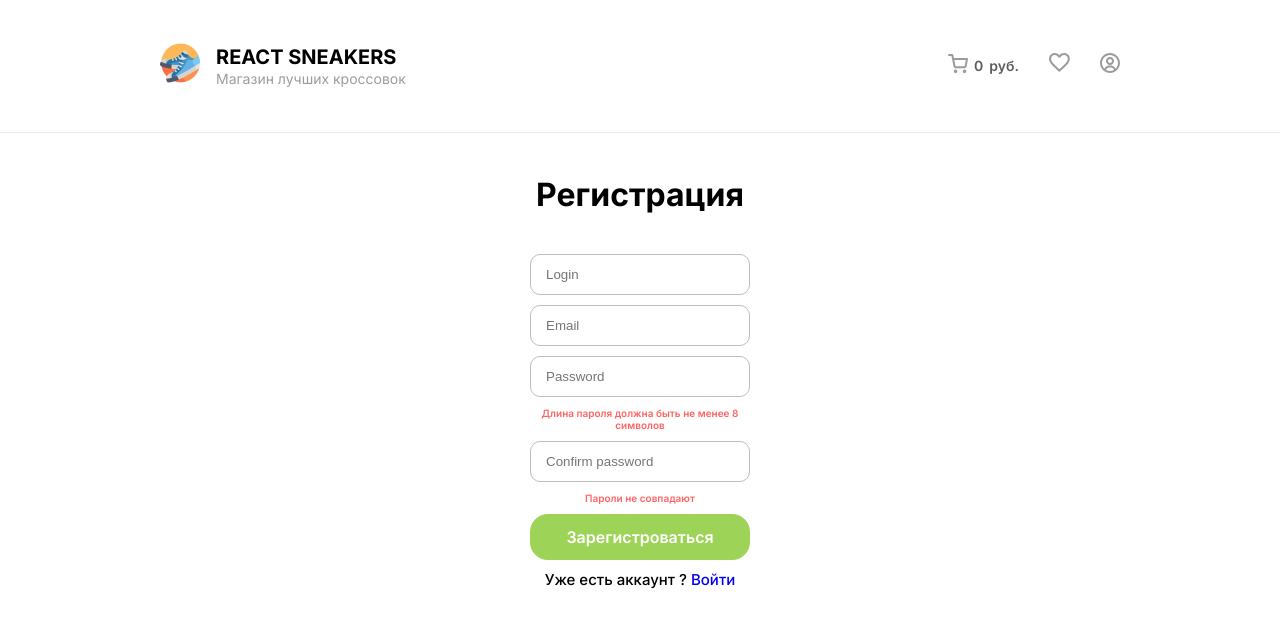
Repository: maxbirimkulov/sneakers20
Page: src/pages/register.html
The author's editor kept a copy of each file at every save. The page is drawn from the files as they stood at one save, then again after the next save.
The browser window is 1280 px wide. The pictures show the whole page.
The style sheet was rebuilt from its Sass, Less or Tailwind sources for each picture, by a compiler version that may differ from the author's.

Above is the page before, as saved 2022-11-12 21:05:32.

### src/pages/register.html
<!DOCTYPE html>
<html lang="en">
  <head>
    <meta charset="UTF-8" />
    <meta
      name="viewport"
      content="width=device-width, user-scalable=no, initial-scale=1.0, maximum-scale=1.0, minimum-scale=1.0"
    />
    <meta http-equiv="X-UA-Compatible" content="ie=edge" />
    <title>Document</title>
    <link rel="stylesheet" href="../css/style.css" />
  </head>
  <body>
    <div class="floor">
      <header class="header">
        <div class="container">
          <nav class="header__nav">
            <div class="header__logo">
              <img
                src="../images/mainLogo.png"
                alt="Logo"
                class="header__logo-img"
              />
              <div class="header__logo-text">
                <h1 class="header__logo-title">
                  <a href="../../index.html" class="header__logo-title-link"
                    >react sneakers</a
                  >
                </h1>
                <p class="header__logo-subtitle">
                  <a href="../../index.html" class="header__logo-subtitle"
                    >Магазин лучших кроссовок</a
                  >
                </p>
              </div>
            </div>
            <div class="header__links">
              <p class="header__links-basket">
                <span class="header__links-basket-logo"
                  ><svg
                    width="20"
                    height="20"
                    viewBox="0 0 20 20"
                    fill="none"
                    xmlns="http://www.w3.org/2000/svg"
                  >
                    <path
                      d="M7.54548 18.1818C7.99735 18.1818 8.36366 17.8155 8.36366 17.3636C8.36366 16.9118 7.99735 16.5455 7.54548 16.5455C7.09361 16.5455 6.72729 16.9118 6.72729 17.3636C6.72729 17.8155 7.09361 18.1818 7.54548 18.1818Z"
                      stroke="#9B9B9B"
                      stroke-width="2"
                      stroke-linecap="round"
                      stroke-linejoin="round"
                    />
                    <path
                      d="M16.5455 18.1818C16.9973 18.1818 17.3637 17.8155 17.3637 17.3636C17.3637 16.9118 16.9973 16.5455 16.5455 16.5455C16.0936 16.5455 15.7273 16.9118 15.7273 17.3636C15.7273 17.8155 16.0936 18.1818 16.5455 18.1818Z"
                      stroke="#9B9B9B"
                      stroke-width="2"
                      stroke-linecap="round"
                      stroke-linejoin="round"
                    />
                    <path
                      d="M1 1H4.27273L6.46545 11.9555C6.54027 12.3321 6.7452 12.6705 7.04436 12.9113C7.34351 13.1522 7.71784 13.2801 8.10182 13.2727H16.0545C16.4385 13.2801 16.8129 13.1522 17.112 12.9113C17.4112 12.6705 17.6161 12.3321 17.6909 11.9555L19 5.09091H5.09091"
                      stroke="#9B9B9B"
                      stroke-width="2"
                      stroke-linecap="round"
                      stroke-linejoin="round"
                    />
                  </svg>
                </span>
                <span class="total">0</span> руб.
              </p>
              <a href="./favorites.html" class="header__links-favorites"
                ><span class="header__links-favorites-logo"
                  ><svg
                    width="21"
                    height="19"
                    viewBox="0 0 21 19"
                    fill="none"
                    xmlns="http://www.w3.org/2000/svg"
                  >
                    <path
                      d="M15.1003 0C16.7293 0 18.0976 0.54932 19.2052 1.64796C20.3129 2.7466 20.8668 4.08759 20.8668 5.67092C20.8668 6.44643 20.7039 7.23002 20.3781 8.02169C20.0523 8.81335 19.6939 9.51616 19.303 10.1301C18.912 10.744 18.2523 11.5357 17.3238 12.5051C16.3953 13.4745 15.6134 14.2581 14.9781 14.8559C14.3428 15.4537 13.3248 16.3665 11.9239 17.5944L10.4089 18.9515L8.89403 17.6429C7.52572 16.3827 6.51577 15.4537 5.8642 14.8559C5.21262 14.2581 4.42258 13.4745 3.49408 12.5051C2.56559 11.5357 1.90586 10.744 1.51492 10.1301C1.12397 9.51616 0.773748 8.81335 0.464249 8.02169C0.15475 7.23002 0 6.44643 0 5.67092C0 4.08759 0.553841 2.7466 1.66152 1.64796C2.7692 0.54932 4.12123 0 5.71759 0C7.60717 0 9.17095 0.727041 10.4089 2.18112C11.6469 0.727041 13.2107 0 15.1003 0ZM10.5067 16.0918C12.1031 14.6701 13.2677 13.6118 14.0008 12.9171C14.7338 12.2224 15.5401 11.3903 16.4198 10.4209C17.2994 9.45153 17.9102 8.60332 18.2523 7.87628C18.5944 7.14924 18.7654 6.41412 18.7654 5.67092C18.7654 4.63691 18.4152 3.78061 17.7148 3.10204C17.0143 2.42347 16.1428 2.08418 15.1003 2.08418C14.3184 2.08418 13.5772 2.31037 12.8768 2.76276C12.1764 3.21514 11.6795 3.79677 11.3863 4.50765H9.43158C9.17095 3.79677 8.69041 3.21514 7.98997 2.76276C7.28952 2.31037 6.53206 2.08418 5.71759 2.08418C4.67507 2.08418 3.81173 2.42347 3.12757 3.10204C2.44342 3.78061 2.10134 4.63691 2.10134 5.67092C2.10134 6.41412 2.26423 7.14924 2.59002 7.87628C2.91581 8.60332 3.52666 9.45153 4.42258 10.4209C5.3185 11.3903 6.13297 12.2224 6.866 12.9171C7.59902 13.6118 8.74743 14.6701 10.3112 16.0918L10.4089 16.1888L10.5067 16.0918Z"
                      fill="#9B9B9B"
                    />
                  </svg> </span
              ></a>
              <a href="./register.html" class="header__links-user"
                ><span class="header__links-user-logo"
                  ><svg
                    width="20"
                    height="20"
                    viewBox="0 0 20 20"
                    fill="none"
                    xmlns="http://www.w3.org/2000/svg"
                  >
                    <path
                      fill-rule="evenodd"
                      clip-rule="evenodd"
                      d="M0 10C0 4.579 4.579 0 10 0C15.421 0 20 4.579 20 10C20 13.19 18.408 16.078 16 17.924V18H15.898C14.23 19.245 12.187 20 10 20C7.813 20 5.77 19.245 4.102 18H4V17.924C1.592 16.078 0 13.189 0 10ZM7.12347 15.236C6.59154 15.6639 6.22136 16.2604 6.074 16.927C7.242 17.604 8.584 18 10 18C11.416 18 12.758 17.604 13.926 16.927C13.7785 16.2605 13.4082 15.6641 12.8764 15.2362C12.3445 14.8083 11.6827 14.5744 11 14.573H9C8.3173 14.5742 7.6554 14.808 7.12347 15.236ZM13.7677 13.4117C14.5877 13.9574 15.2286 14.7329 15.61 15.641C17.077 14.182 18 12.176 18 10C18 5.663 14.337 2 10 2C5.663 2 2 5.663 2 10C2 12.176 2.923 14.182 4.39 15.641C4.77144 14.7329 5.41227 13.9574 6.23227 13.4117C7.05227 12.866 8.01501 12.5742 9 12.573H11C11.985 12.5742 12.9477 12.866 13.7677 13.4117ZM6 8C6 5.72 7.72 4 10 4C12.28 4 14 5.72 14 8C14 10.28 12.28 12 10 12C7.72 12 6 10.28 6 8ZM8 8C8 9.178 8.822 10 10 10C11.178 10 12 9.178 12 8C12 6.822 11.178 6 10 6C8.822 6 8 6.822 8 8Z"
                      fill="#9B9B9B"
                    />
                  </svg> </span
              ></a>
            </div>
          </nav>
        </div>
      </header>
      <div class="container">
        <div class="register">
          <h2 class="register__title">Регистрация</h2>
          <form class="register__form">
            <input class="register__input" type="text" placeholder="Login" />
            <input class="register__input" type="email" placeholder="Email" />
            <input
              class="register__input"
              type="password"
              placeholder="Password"
            />
            <span class="register__error password"
              >Длина пароля должна быть не менее 8 символов</span
            >
            <input
              class="register__input"
              type="password"
              placeholder="Confirm password"
            />
            <span class="register__error confirmPassword"
              >Пароли не совпадают</span
            >
            <button type="submit" class="register__btn">
              Зарегистроваться
            </button>
            <span class="register__sign"
              >Уже есть аккаунт ? <a href="./login.html">Войти</a></span
            >
          </form>
        </div>
      </div>
    </div>
    <script type="module" src="../js/register.js"></script>
  </body>
</html>

### src/js/register.js
import { changeUser, getUserFromLocalStorage } from './user.js';

getUserFromLocalStorage();

let formRegister = document.querySelector('.register');
formRegister.addEventListener('submit', (e) => {
  e.preventDefault();

  let userData = {
    login: e.target[0].value,
    email: e.target[1].value,
    password: e.target[2].value,
  };

  if (e.target[2].value === e.target[3].value) {
    fetch('http://localhost:8080/register', {
      method: 'POST',
      headers: {
        'Content-Type': 'application/json',
      },
      body: JSON.stringify(userData),
    })
      .then((res) => res.json())
      .then((res) => {
        changeUser({
          ...res.user,
          token: res.accessToken,
        });
      })
      .catch((err) => console.log(err));
  } else {
    alert('Пароли не совпадают');
  }
});

### src/js/user.js



export let user = {
    login : "",
    email : ""
}

export const getUserFromLocalStorage = () => {
    if (localStorage.getItem('user') !== null){
        user = JSON.parse(localStorage.getItem('user'))
    }
}


export const changeUser = (data) => {
    user = {...data}
    localStorage.setItem('user', JSON.stringify(user))
    location.href = 'http://localhost:63342/new%20project/index.html'
}

### src/css/style.scss
@import url('https://fonts.googleapis.com/css2?family=DM+Sans:wght@700&family=Inter:wght@400;500;600;700&display=swap');

* {
  margin: 0;
  padding: 0;
  box-sizing: border-box;
  text-decoration: none;
  list-style-type: none;
  transition: 0.3s;
}
.container {
  max-width: 1050px;
  padding: 0 45px;
  margin: 0 auto;
}
$int: 'inter', sans-serif;

@mixin text($ff, $fs, $fw, $fz, $lh, $col) {
  font-family: $ff;
  font-style: $fs;
  font-weight: $fw;
  font-size: $fz;
  @if $lh > 0 {
    line-height: $lh;
  }
  color: $col;
}
body,
.floor {
  background-color: #fff;
}
@import '_header.scss';
@import '_main.scss';
@import '_assort.scss';
@import '_basketPopup.scss';
@import '_card.scss';
@import '_basket.scss';
@import '_favorites.scss';
@import '_basketNone.scss';
@import '_register';

### src/css/_header.scss
.header {
  padding: 43px 0 45px;
  &__nav {
    display: flex;
    justify-content: space-between;
    align-items: center;
  }
  &__logo {
    display: flex;
    &-img {
      width: 40px;
      height: 40px;
    }
    &-text {
      margin-left: 16px;
    }
    &-title {
      &-link {
        @include text($int, normal, 700px, 20px, 0, #000000);
        text-transform: uppercase;
      }
    }
    &-subtitle {
      @include text($int, normal, 400, 14px, 0, #9d9d9d);
    }
  }
  &__links {
    display: flex;
    &-basket {
      display: flex;
      gap: 6px;
      align-items: center;
      @include text($int, normal, 600, 14px, 0, #5c5c5c);
      margin-left: 10px;
      cursor: pointer;
    }
    &-favorites {
      margin: 0 30px;
    }
  }
  border-bottom: 1px solid #eaeaea;
}

### src/css/_main.scss
.swiper {
  width: 100%;
  height: 100%;
}

.swiper-slide {
  display: -webkit-box;
  display: -ms-flexbox;
  display: -webkit-flex;
  display: flex;
  -webkit-box-pack: center;
  -ms-flex-pack: center;
  -webkit-justify-content: center;
  justify-content: center;
  -webkit-box-align: center;
  -ms-flex-align: center;
  -webkit-align-items: center;
  align-items: center;
}

.swiper__icon{
  &-next{
    background-color: white;
    border-radius: 50%;
    cursor: pointer;
    position: absolute;
    right: 0;
    top: 50%;
    transform: translateY(-50%),;
    z-index: 2;
    padding: 8px 14px;
    display: flex;
    justify-content: center;
    align-items: center;
    transition: 0.2s;
    -webkit-box-shadow: 0px 0px 11px 5px rgba(0, 0, 0, 0.01);
    -moz-box-shadow: 0px 0px 11px 5px rgba(0, 0, 0, 0.01);
    box-shadow: 0px 0px 11px 5px rgba(0, 0, 0, 0.01);
    &:hover{
      transition: 0.2s;
      -webkit-box-shadow: 0px 0px 11px 5px rgba(0, 0, 0, 0.07);
      -moz-box-shadow: 0px 0px 11px 5px rgba(0, 0, 0, 0.07);
      box-shadow: 0px 0px 11px 5px rgba(0, 0, 0, 0.07);
    }
  }
  &-prev{
    background-color: white;
    border-radius: 50%;
    position: absolute;
    left: 0;
    top: 50%;
    cursor: pointer;
    transform:translateY(-50%) rotate(180deg);
    z-index: 2;
    padding: 8px 14px;
    display: flex;
    justify-content: center;
    align-items: center;
    transition: 0.2s;
    -webkit-box-shadow: 0px 0px 11px 5px rgba(0, 0, 0, 0.01);
    -moz-box-shadow: 0px 0px 11px 5px rgba(0, 0, 0, 0.01);
    box-shadow: 0px 0px 11px 5px rgba(0, 0, 0, 0.01);
    &:hover{
      transition: 0.2s;
      -webkit-box-shadow: 0px 0px 11px 5px rgba(0, 0, 0, 0.07);
      -moz-box-shadow: 0px 0px 11px 5px rgba(0, 0, 0, 0.07);
      box-shadow: 0px 0px 11px 5px rgba(0, 0, 0, 0.07);
    }
  }
}

.main{
  &__swipe{
    &-block{
      background-color: #F4EFE9;
      border-radius: 20px;
      max-height: 300px;
      display: flex;
      align-items: center;
      justify-content: space-between;
      width: 100%;
    }
    &-box{
      position: relative;
      padding: 16px 0 20px 51px;
      min-height: 300px;
      &-scn{
        margin: 0;
        padding: 0;
        max-width: 641.18px;
      }
      &-desc{
        @include text($int,normal,700,38px,46px,#8BB43C);
        margin: 32px 17.45px 10.45px 35px;
        &-black{
          color: black;
        }
      }
      &-btn{
        position: absolute;
        padding: 14px 60px;
        border-radius: 110px;
        @include text($int,normal,700px,16px, 0, white);
        text-transform: uppercase;
        background-color: #A5D364;
        bottom: 45px;
        left: 27%;
        transform: translate(-50%, -50);
        transition: 0.2s;
        &:hover{
          transition: 0.2s;
          transform: scale(1.1);
        }
      }
      &-img{
        width: 100%;
      }
    }
  }
}

### src/css/_assort.scss
.main__assort {
  &-topContent {
    display: flex;
    flex-wrap: wrap;
    justify-content: space-between;
    padding: 37px 0 36px;
    width: 100%;
  }
  &-filter {
    display: flex;
    justify-content: space-between;
    align-items: center;
    gap: 10px;
  }
  &-select {
    background: transparent;
    border: 1px solid #bdbdbd;
    border-radius: 8px;
    padding: 0 10px;
    height: 40px;
  }
  &-form {
    margin: 15px 0 0;
    display: flex;
    align-items: center;
    position: relative;
    &-input {
      border-radius: 10px;
      border: 1px solid #bdbdbd;
      outline: none;
      padding: 13px 40px 15px 46px;
      max-width: 250px;
      &::-webkit-input-placeholder {
        color: #c4c4c4;
      }
      &::-moz-placeholder {
        color: #c4c4c4;
      }
      &:-ms-input-placeholder {
        color: #c4c4c4;
      }
      &::-ms-input-placeholder {
        color: #c4c4c4;
      }
      &::placeholder {
        color: #c4c4c4;
      }
      &::-webkit-search-cancel-button {
        position: absolute;
        right: 18px;
        cursor: pointer;
        color: #5c5c5c;
      }
    }
    &-icon {
      position: absolute;
      left: 18px;
      top: 50%;
      transform: translateY(-50%);
    }
  }
  &-title {
    @include text($int, normal, 700, 32px, 0, black);
  }
  &-mainContent {
    min-height: 700px;
    position: relative;
    display: flex;
    justify-content: center;
    align-items: center;
    flex-wrap: wrap;
    gap: 40px;
    &-shoes {
      border: 1px solid #bdbdbd;
      border-radius: 40px;
      padding: 20px 29px 34px 30px;
      max-width: 210px;
    }
    &-favorites {
      display: inline-block;
      position: absolute;
      border: 1px solid #f8f8f8;
      border-radius: 7px;
      padding: 9.6px 9.07px 3.59px;
      cursor: pointer;
      &:hover {
        transform: scale(1.13);
        background-color: rgba(253, 239, 239, 0.87);
        transition: 0.2s;
      }
      &-active {
        display: none;
        position: absolute;
        background-color: #fef0f0;
        border: 1px solid transparent;
        border-radius: 7px;
        padding: 9.6px 9.07px 3.59px;
        cursor: pointer;
      }
    }
    &-product {
      &-desc {
        @include text($int, normal, 400, 14px, 17px, black);
      }
      &-pricesDesc {
        margin-top: 14px;
        display: flex;
        justify-content: space-between;
        align-items: center;
        &-price {
          @include text($int, normal, 500, 11px, 13px, #bdbdbd);
          text-transform: uppercase;
        }
        &-cost {
          @include text($int, normal, 700, 14px, 17px, black);
        }
        &-addBask {
          cursor: pointer;
          display: inline-block;
          padding: 5.33px 8.33px;
          border: 1px solid #f2f2f2;
          border-radius: 8px;
          transition: 0.2s;
          &:hover {
            transform: scale(1.13);
            background-color: rgba(253, 239, 239, 0.87);
            transition: 0.2s;
          }
          &-active {
            cursor: pointer;
            max-height: 32px;
            max-width: 32px;
            padding: 5.33px 8.33px;
            border: 1px solid white;
            border-radius: 8px;
            background: linear-gradient(180deg, #89f09c 0%, #3cc755 100%);
            transition: 0.2s;
            &:hover {
              transform: scale(1.13);
              transition: 0.2s;
            }
          }
        }
      }
    }
  }
}

### src/css/_basketPopup.scss
.basket {
  transform: translateX(100%);
  background: rgba(0, 00, 000, 0.4);
  height: 100vh;
  width: 100vw;
  z-index: 100;
  position: fixed;
  left: 0;
  top: 0;
  bottom: 0;
  &__cards {
    margin-top: 20px;
    max-height: 400px;
    overflow-y:  scroll;
    display: flex;
    gap: 20px;
    flex-wrap: wrap;
  }

  &__card {
    position: relative;  width: 100%;  height: 120px;  padding: 0 30px;    background: #FFFFFF;  border: 1px solid #F3F3F3;  border-radius: 20px;  &:hover {
    box-shadow: 0px 14px 30px 0px rgba(0, 0, 0, 0.05);  }
    &-img {
      position: absolute;    left: 20px;    top: 50%;    transform: translateY(-50%);    max-width: 80px;  }
    &__name {
      position: absolute;    width: 133px;    height: 36px;    overflow: hidden;    left: 120px;    top: 30px;    font-family: 'Inter', sans-serif;    font-style: normal;    font-weight: 400;    font-size: 14px;    line-height: 17px;    color: #000000;  }
    &__sum {
      position: absolute;    left: 120px;    bottom: 30px;    font-family: 'Inter', sans-serif;    font-style: normal;    font-weight: 700;    font-size: 14px;color: #000000;  }
    &__X {
      position: absolute;    right: 20px;    top: 50%;    transform: translateY(-50%);    max-width: 70px;    cursor: pointer;  }
  }
  &.show {
    transform: translateX(0%);
  }
  &__content {
    display: flex;
    flex-direction: column;
    justify-content: space-between;
    background: #fff;
    position: fixed;
    padding: 30px;
    height: 100vh;
    width: 385px;
    top: 0;
    right: 0;
  }
  &__title {
    @include text($int, normal, 700, 24px, 29px, #000000);
  }
  &__text {
    display: flex;
    justify-content: space-between;
    margin-bottom: 19px;
    &:last-of-type {
      margin-bottom: 24px;
    }
    &-desc {
      @include text($int, normal, 400, 16px, 19px, #000000);
    }
    &-sum {
      @include text($int, normal, 600, 16px, 19px, #000000);
    }
  }
  &__btn {
    @include text($int, normal, 600, 16px, 19px, #fff);
    padding: 12px 0;
    background: #9dd558;
    border-radius: 18px;
    border: 1px solid #9dd558;
    width: 100%;
  }
}

.name {
  font-size: 30px;
  color: red;
  text-align: center;
}

### src/css/_card.scss
.info {
  background: antiquewhite;
  padding: 40px 0;
  &__block {
    display: flex;
    flex-wrap: wrap;
    -moz-column-gap: 40px;
         column-gap: 40px;
    row-gap: 40px;
  }
  &__card {
    width: calc(25% - 30px);
    background: #ffffff;
    border: 1px solid #f3f3f3;
    border-radius: 40px;
    padding: 20px 40px;
    cursor: pointer;
    transition: 0.2s;
    &:hover {
      background: #ffffff;
      border: 1px solid #f8f8f8;
      box-shadow: 0 14px 30px rgba(0, 0, 0, 0.05);
      border-radius: 40px;
      transition: 0.2s;
      transform: scale(1.05);
    }
  }
  &__desc {
    @include text($int, normal, 400, 14px, 17px, #000);
    margin: 14px 0;
  }
  &__bottom {
    display: flex;
    justify-content: space-between;
  }
  &__sel {
    @include text($int, normal, 500, 11px, 13px, #bdbdbd);
    text-transform: uppercase;
  }
  &__sum {
    @include text($int, normal, 700, 14px, 17px, #000);
  }
}

### src/css/_basket.scss
.basket__main{
  &-topContent{
    padding: 42px 0 40px;
    &-nav{
      display: flex;
      align-items: center;
      gap: 21px;
    }
    &-title{
      @include text($int, normal, 700, 32px, 0, black)
    }
    &-link{
      padding: 8px 14px;
      max-width: 35px;
      max-height: 35px;
      display: flex;
      justify-content: center;
      align-items: center;
      border: 1px solid #F2F2F2;
      border-radius: 8px;
    }
  }
  &-mainContent{
    &-assort{
      display: flex;
      flex-wrap: wrap;
      gap: 40px;
    }
  }
}

### src/css/_favorites.scss
.main__assort-mainContent-favorites{
  &-off{
    display: none;
  }
  &-on{
    display: inline-block;
  }
}

### src/css/_basketNone.scss
.basketNone__main {
  display: flex;
  justify-content: center;
  align-items: center;
  padding: 240px 0;
  &-none {
    display: flex;
    flex-wrap: wrap;
    justify-content: center;
    align-items: center;
    max-width: 280px;
    &-text{
      text-align: center;
    }
    &-title {
      margin-top: 24px;
      text-align: center;
      @include text($int, normal, 600, 24px, 0, black);
    }

    &-desc {
      text-align: center;
      margin: 11px 0 41px;
      @include text($int, normal, 400, 16px, 24px, black);
    }

    &-link {
      padding: 17px 40px 19px;
      background-color: #9DD458;
      border-radius: 18px;
      @include text($int, normal, 400, 16px, 0, white);

      &-icon {
        margin-right: 17px;

      }
    }
  }
}

### src/css/_register.scss
.register,
.login {
  &__title {
    @include text($int, normal, 700, 32px, 0, black);
    margin: 42px auto 40px;
    text-align: center;
  }
  &__form {
    margin: 0 auto;
    display: flex;
    flex-direction: column;
    justify-content: center;
    max-width: 220px;
    gap: 10px;
    text-align: center;
  }
  &__input {
    padding: 12px 15px;
    border-radius: 10px;
    border: 1px solid #bdbdbd;
  }
  &__error {
    @include text($int, normal, 600, 10px, 0, #ff6464);
  }
  &__btn {
    @include text($int, normal, 600, 16px, 0, #fff);
    padding: 13px;
    border-radius: 18px;
    border: none;
    cursor: pointer;
    background-color: #9dd458;
  }
  &__sign {
    @include text($int, normal, 500, 15px, 0, black);
  }
}

After the next save:
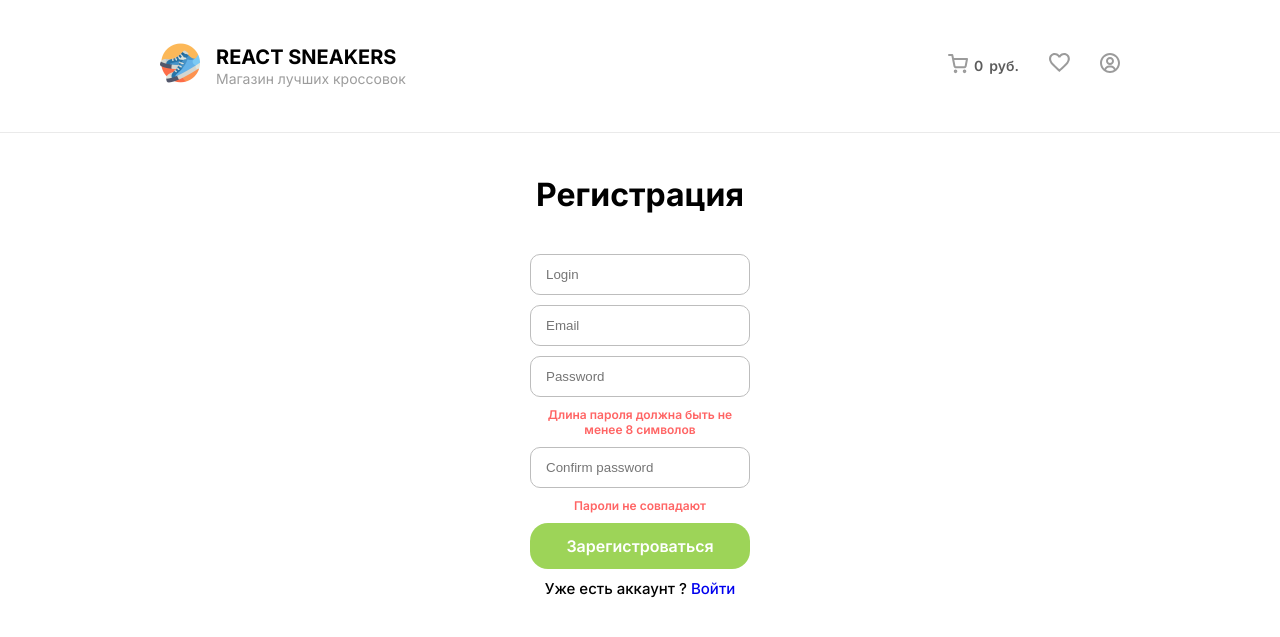
Saved 6 s later.
--- a/src/css/_register.scss
+++ b/src/css/_register.scss
@@ -20,7 +20,7 @@
     border: 1px solid #bdbdbd;
   }
   &__error {
-    @include text($int, normal, 600, 10px, 0, #ff6464);
+    @include text($int, normal, 600, 12px, 0, #ff6464);
   }
   &__btn {
     @include text($int, normal, 600, 16px, 0, #fff);
